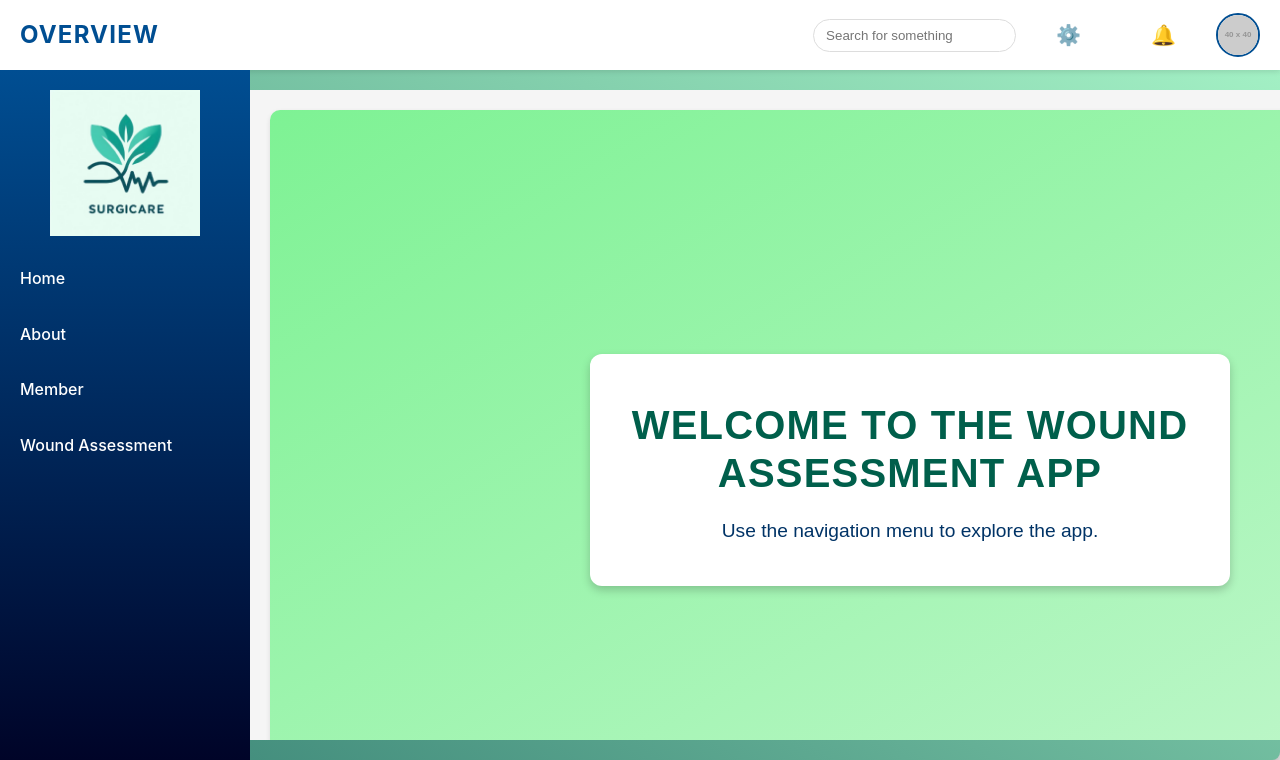
Repository: Jinwoo290350/Surgicare-Vue
Page: / (app in surgicare/)
The author's editor kept a copy of each file at every save. The page is drawn from the files as they stood at one save, then again after the next save.
The browser window is 1280 px wide. The pictures show the whole page.
The project was rebuilt for these pictures with package versions that can differ from the ones it lists, and the page was loaded fresh each time. Also part of the build but not shown: surgicare/vite.config.js, surgicare/src/views/About.vue, surgicare/src/views/Member.vue, surgicare/src/components/WoundAssessment.vue.

Above is the page before, as saved 2024-12-30 20:43:20.
Console error: TypeError: Cannot read properties of null (reading 'getContext')

After the next save:
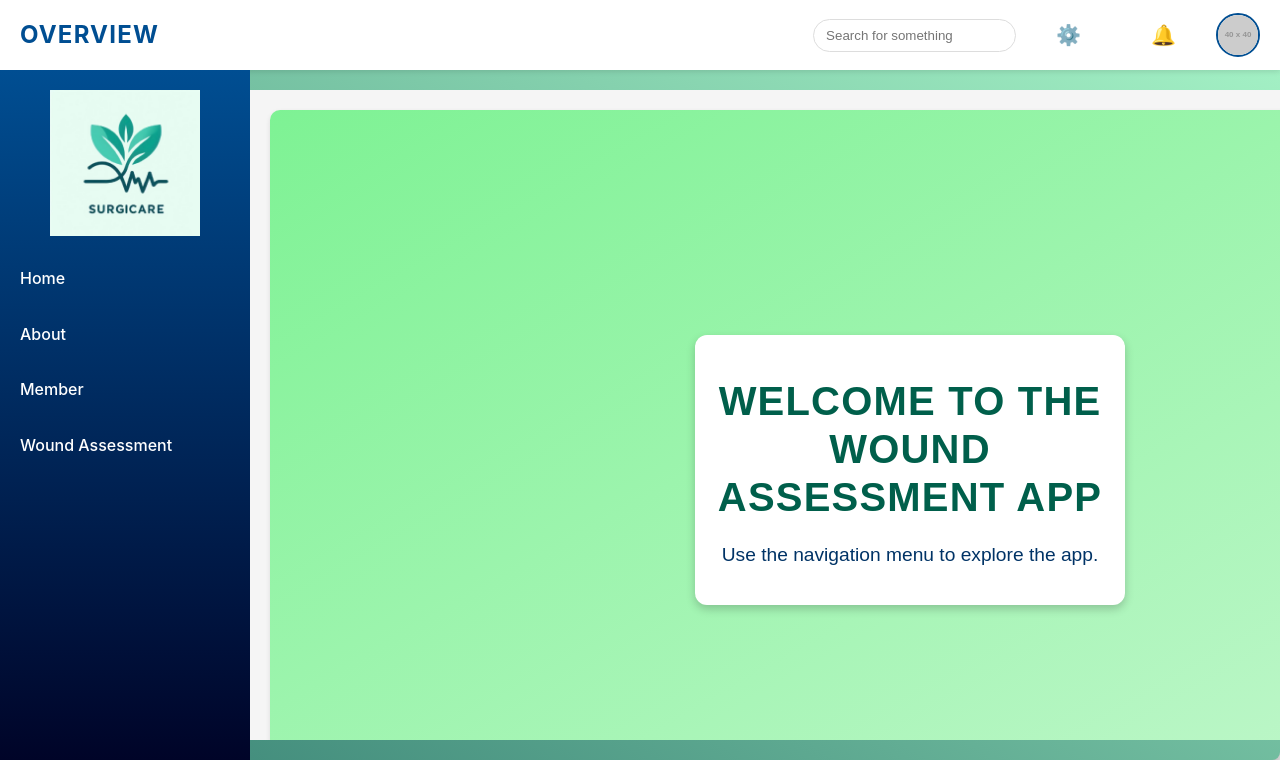
Saved 51 s later.
--- a/surgicare/src/views/Home.vue
+++ b/surgicare/src/views/Home.vue
@@ -30,8 +30,8 @@ export default {
 }
 
 .content {
-  max-width: 600px; /* Limit content width for better readability */
-  padding: 20px;
+  max-width: 400px; /* ลดขนาดความกว้างสูงสุดของกล่องข้อความ */
+  padding: 15px; /* ลดระยะ padding รอบเนื้อหา */
   background: #ffffff;
   border-radius: 12px; /* Rounded corners */
   box-shadow: 0 4px 10px rgba(0, 0, 0, 0.2); /* Subtle shadow */
